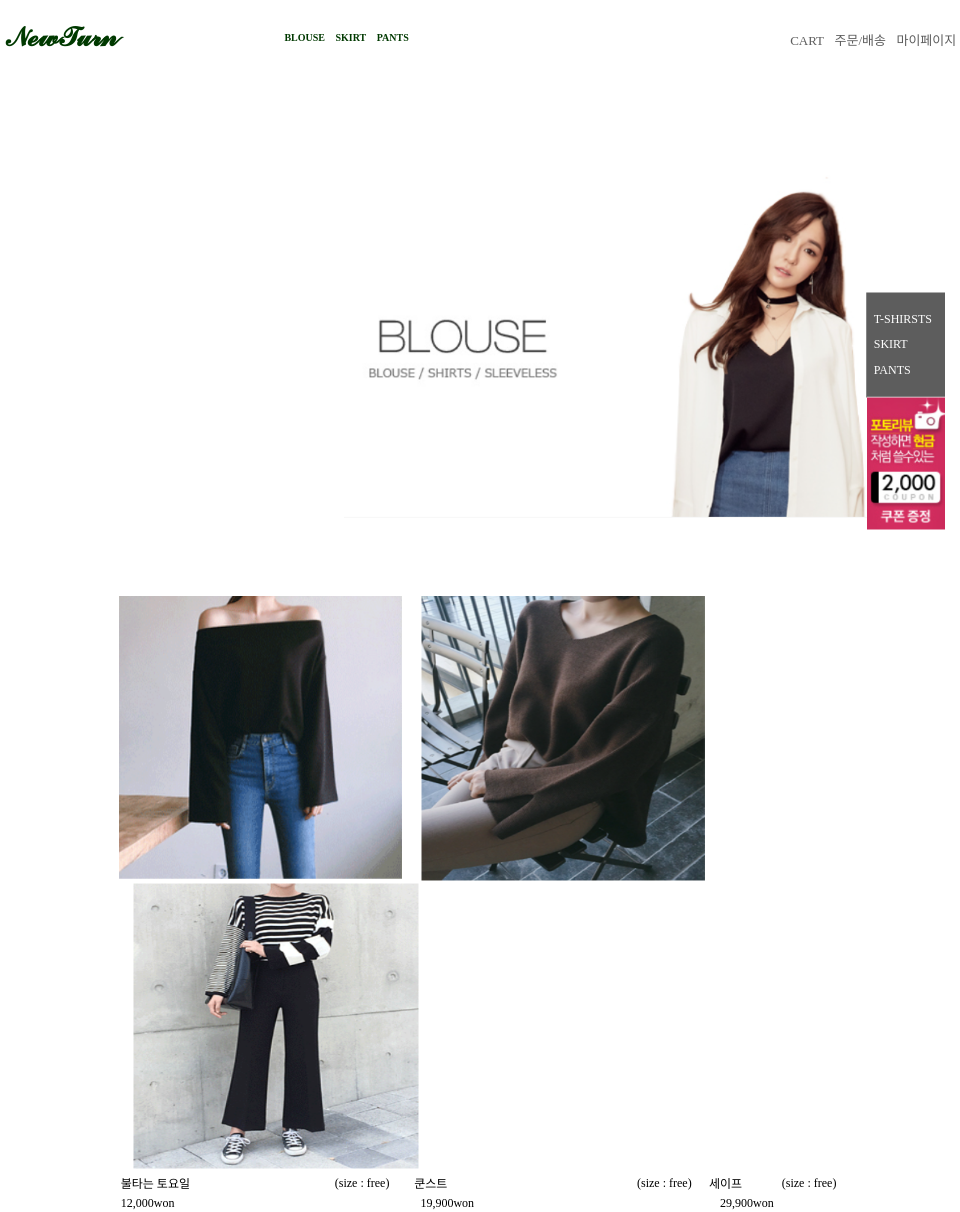
Repository: won0108/Port-Folio
Page: Creating_Homepage/Shopping/WebContent/top.html
The author's editor kept a copy of each file at every save. The page is drawn from the files as they stood at one save, then again after the next save.
The browser window is 1280 px wide. The pictures show the whole page, at 75% of full size.

Above is the page before, as saved 2020-12-03 08:04:34.

After the next save:
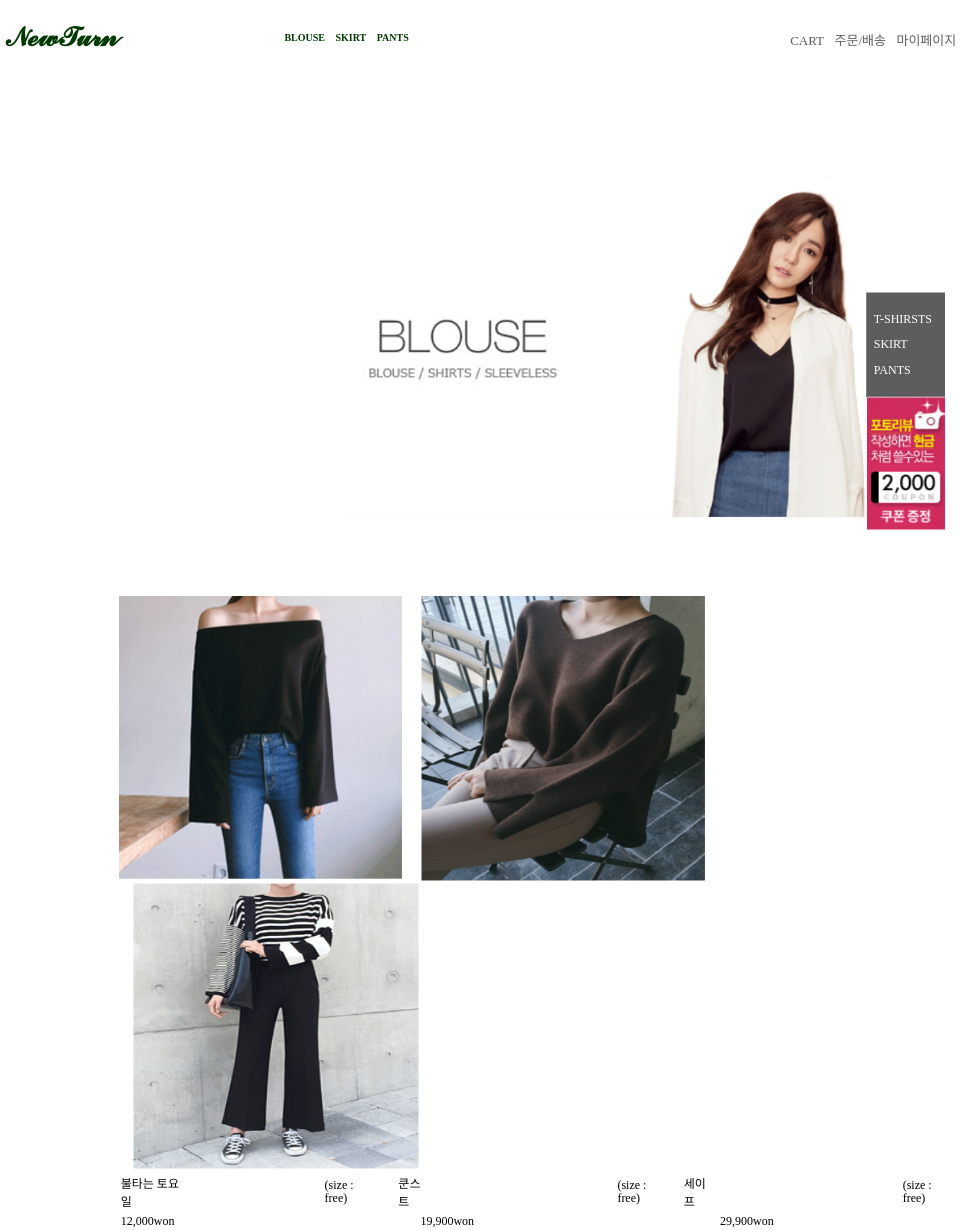
Saved 7 s later.
--- a/Creating_Homepage/Shopping/WebContent/top.html
+++ b/Creating_Homepage/Shopping/WebContent/top.html
@@ -82,7 +82,7 @@
 					<td style="padding-left: 30px;">쿤스트</td>
 					<td style="padding-left:250px;">(size : free)</td>
 					<td style="padding-left: 20px;">세이프</td>
-					<td style="padding-left:50px;">(size : free)</td>
+					<td style="padding-left:250px;">(size : free)</td>
 
 
 			    </tr>
